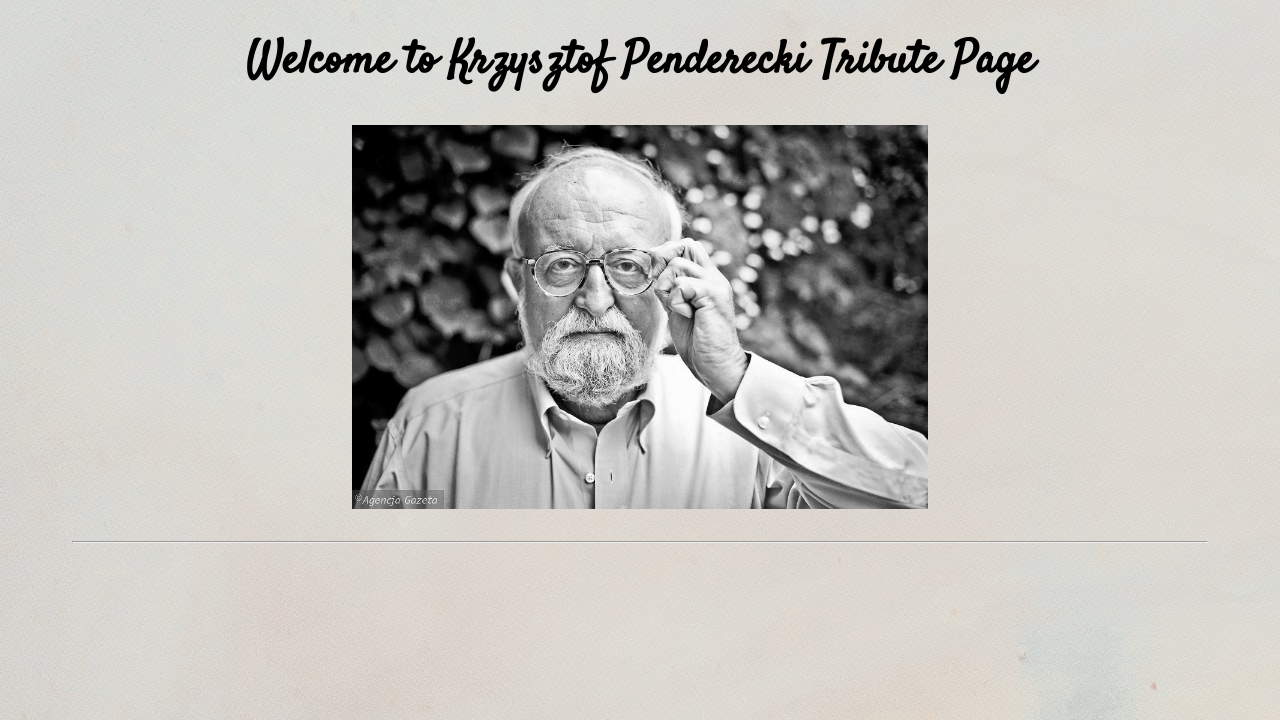
Repository: justynke/tribute_page
Page: index.html
These files come from the project's save history. The page is drawn as it stood at one moment and after a run of saves; the edit follows.
The browser window is 1280 px wide. The pictures show the whole page.

Above is the page before, as saved 2020-04-22 23:52:13.

After the next 2 saves:
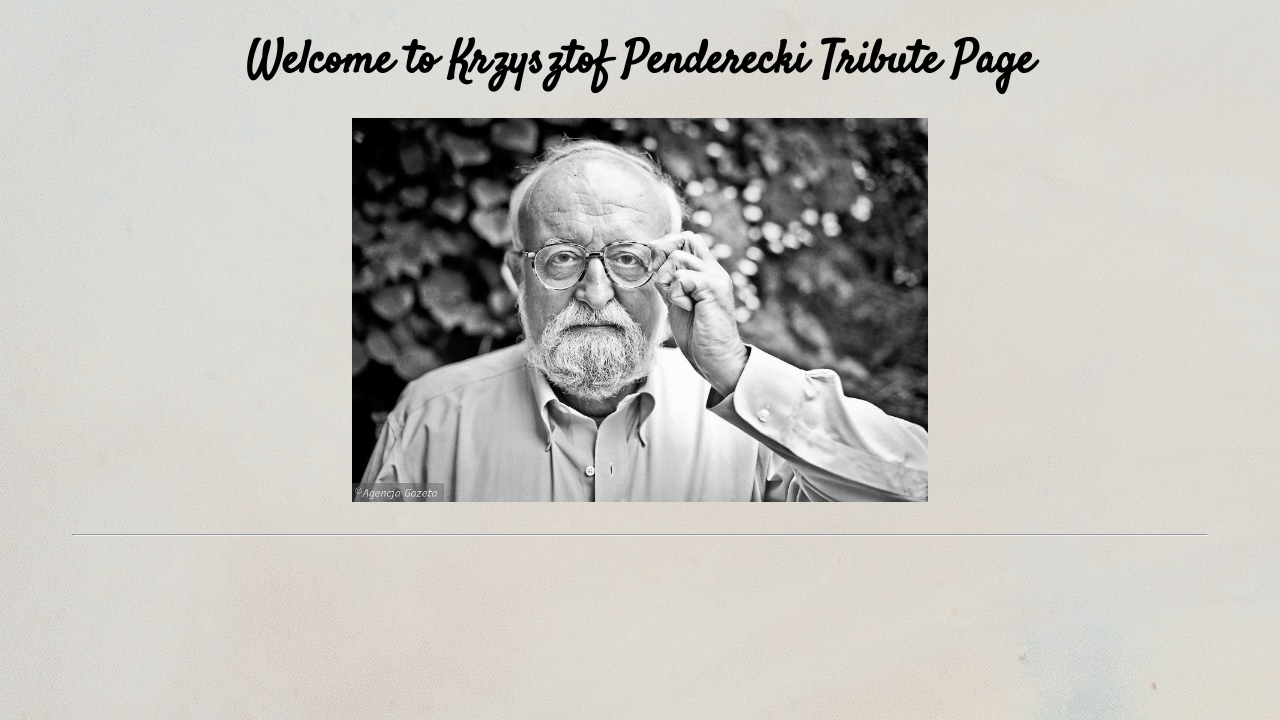
The 2 saves are shown as one change because they came seconds apart.
The last was saved 21 s later.
--- a/styles.css
+++ b/styles.css
@@ -6,6 +6,7 @@
     text-align: center;
     font-family: Satisfy;
     font-size: 45px;
+    margin-bottom: 0.5em;
 }
 
 #img-div {
